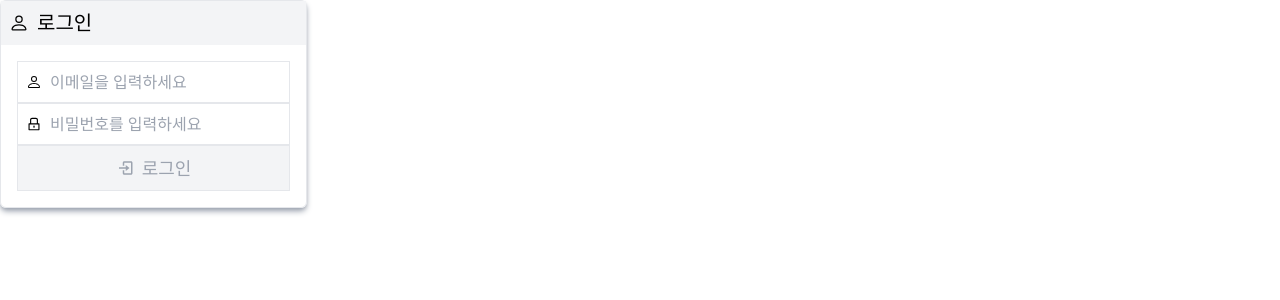
Repository: wanted-pre-onboarding-4/pre-onboarding-assignment-week-4-1-team-4
Page: /login (app in client/)
These files come from the project's save history. The page is drawn as it stood at one moment and after the next save; the edit follows.
The browser window is 1280 px wide. The pictures show the whole page.
The project was rebuilt for these pictures with package versions that can differ from the ones it lists, and the page was loaded fresh each time. Also part of the build but not shown: client/src/components/Footer.jsx, client/src/components/Header.jsx, client/src/components/Sider.jsx, client/src/components/Layout.jsx.

Above is the page before, as saved 2022-09-20 21:18:18.

After the next save:
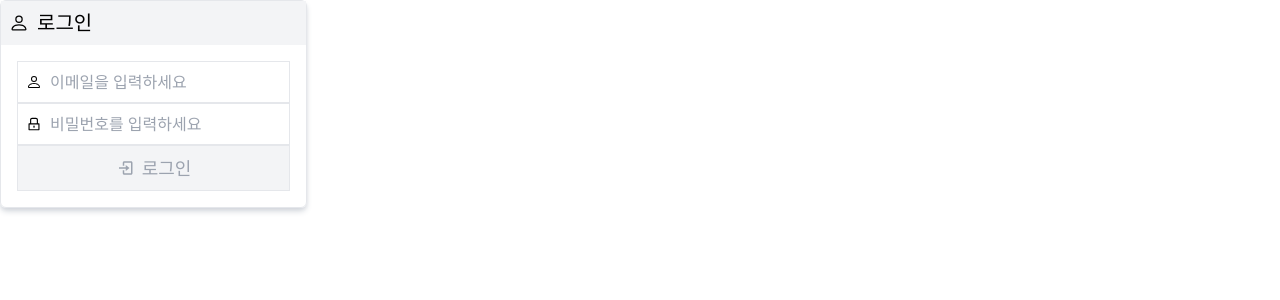
Saved 32 s later.
--- a/client/src/pages/login/Login.jsx
+++ b/client/src/pages/login/Login.jsx
@@ -6,7 +6,7 @@ import { BiLogIn } from 'react-icons/bi';
 const Login = () => {
   return (
     <div>
-      <div className='border-solid border-[1px] rounded-md shadow-md shadow-gray-400'>
+      <div className='border-solid border-[1px] rounded-md shadow-md shadow-gray-300'>
         <div className="flex items-center justify-start space-x-2 p-2 font-medium text-xl bg-gray-100">
           <BsPerson />
           <h1>로그인</h1>
